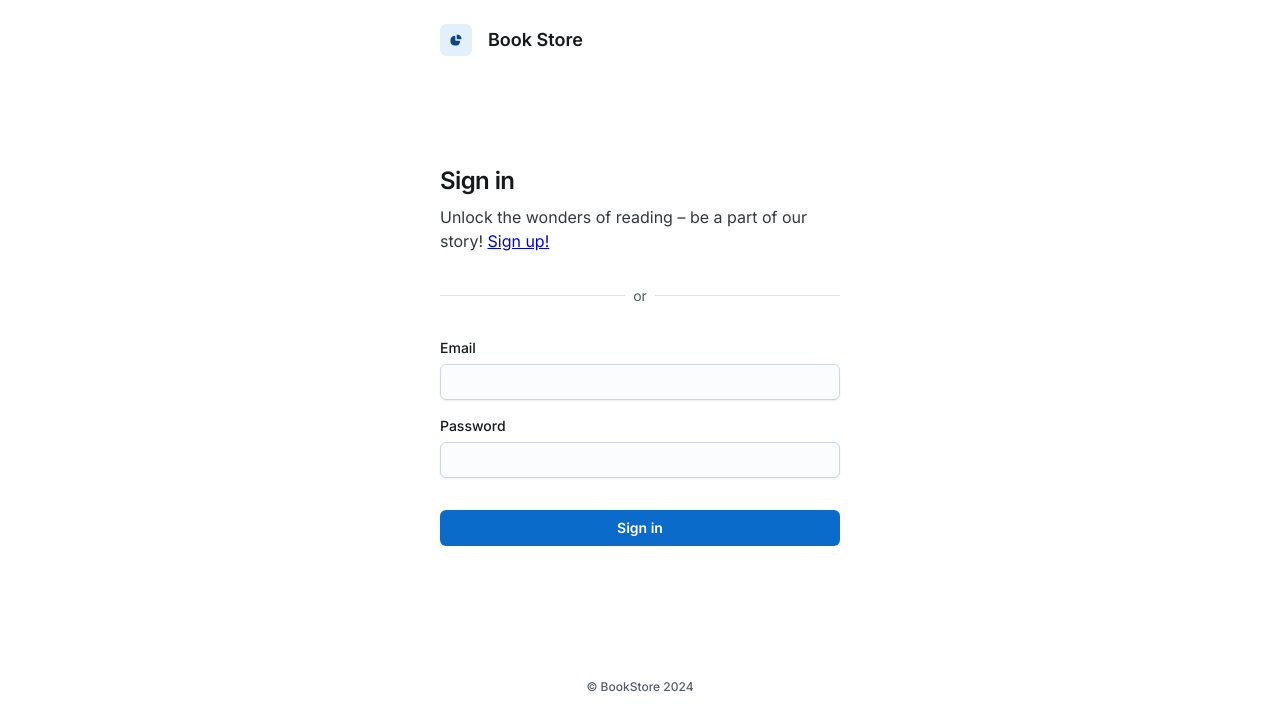
Repository: LaurentiusKevin/bookstore-fe
Page: /auth/login
An editor plug-in stored every save of this project. The page is shown before and after the next save, followed by the edit.
The browser window is 1280 px wide. The pictures show the whole page.
The project was rebuilt for these pictures with package versions that can differ from the ones it lists, and the page was loaded fresh each time. The framework's server and built-in components were replaced by stand-ins that run in the browser. Also part of the build but not shown: next.config.mjs.

Above is the page before, as saved 2024-04-07 00:59:20.

After the next save:
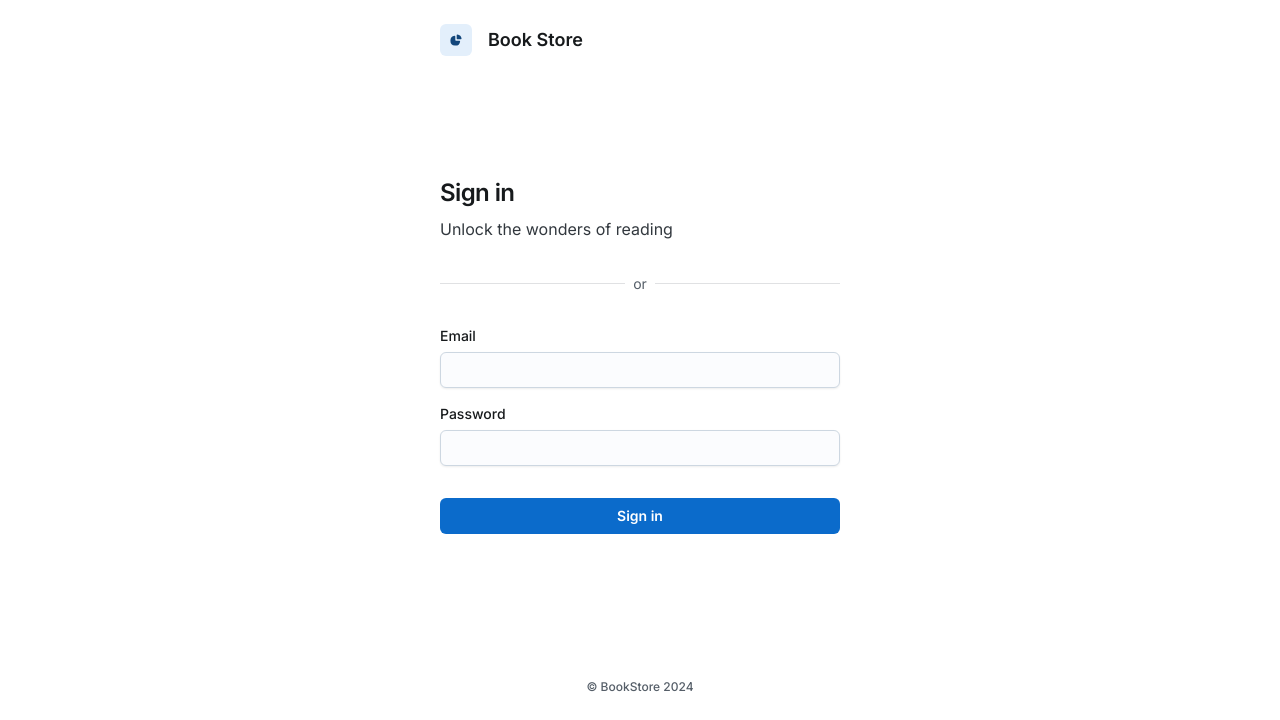
Saved 20 s later.
--- a/src/app/auth/login/page.tsx
+++ b/src/app/auth/login/page.tsx
@@ -128,10 +128,7 @@ export default function AuthSignIn() {
             <Stack gap={4} sx={{ mb: 2 }}>
               <Stack gap={1}>
                 <Typography level="h3">Sign in</Typography>
-                <Typography>
-                  Unlock the wonders of reading – be a part of our story!{" "}
-                  <Link href="#replace-with-a-link">Sign up!</Link>
-                </Typography>
+                <Typography>Unlock the wonders of reading</Typography>
               </Stack>
             </Stack>
             <Divider
